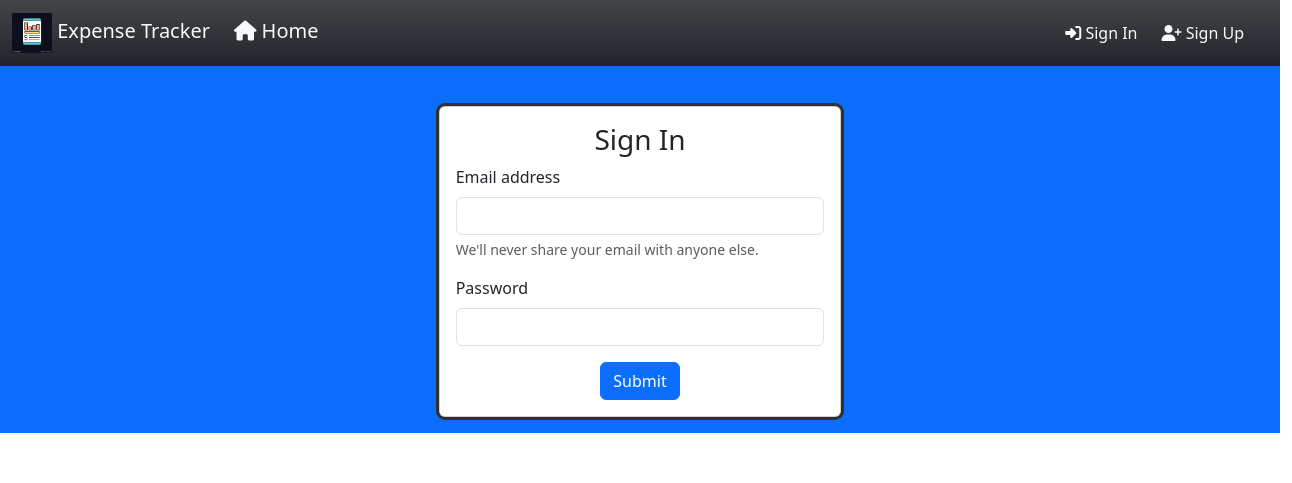
Repository: Gaurav560/OnlineExpenseTracker
Page: http://localhost/Online_Expense_Tracker/login.jsp
An editor plug-in stored every save of this project. The page is shown before and after the next save, followed by the edit.
The browser window is 1280 px wide. The page is 1292 px wide, so the pictures cover 1292 px, including what lies to the right of the window. The pictures show the whole page.
The page is served by Tomcat 9. Other server files are loaded and not shown.

Above is the page before, as saved 2023-05-04 15:20:42.

### Online_Expense_Tracker/src/main/webapp/login.jsp
<%@ page language="java" contentType="text/html; charset=ISO-8859-1"
	pageEncoding="ISO-8859-1"%>
<!DOCTYPE html>
<html>
<head>
<meta charset="ISO-8859-1">
<title>Login Page</title>
<%@include file="component/all_css.jsp"%>
</head>
<style>

</style>
<body>
	<!-- NAVBAR starts here -->
	<%@include file="component/navbar.jsp"%>
	<!-- NAVBAR ends here  -->

	<div class="contaier bg-primary">
		<div class="row">
			<div class="col-md-4 offset-md-4 p-3 ">
				<div class="card mt-4"
					style="box-shadow: rgba(0, 0, 0, 0.16) 0px 1px 4px, rgb(51, 51, 51) 0px 0px 0px 3px;">
					<div class="card-body">
						<h3 class="card-title text-center">Sign In</h3>

						<form>



							<div class="mb-3">
								<label for="exampleInputEmail1" class="form-label">Email
									address</label> <input type="email" class="form-control"
									id="exampleInputEmail1" aria-describedby="emailHelp">
								<div id="emailHelp" class="form-text">We'll never share
									your email with anyone else.</div>
							</div>


							<div class="mb-3">
								<label for="exampleInputPassword1" class="form-label">Password</label>
								<input type="password" class="form-control"
									id="exampleInputPassword1">
							</div>
							<div class="text-center">

								<button type="submit" class="btn btn-primary">Submit</button>
							</div>

						</form>


					</div>
				</div>






			</div>







		</div>

	</div>



</body>
</html>

### Online_Expense_Tracker/src/main/webapp/component/all_css.jsp
<!--css cdn   -->
<link
	href="https://cdn.jsdelivr.net/npm/bootstrap@5.3.0-alpha3/dist/css/bootstrap.min.css"
	rel="stylesheet"
	integrity="sha384-KK94CHFLLe+nY2dmCWGMq91rCGa5gtU4mk92HdvYe+M/SXH301p5ILy+dN9+nJOZ"
	crossorigin="anonymous">



<!-- font awesome cdn  -->

<link rel="stylesheet"
	href="https://cdnjs.cloudflare.com/ajax/libs/font-awesome/6.4.0/css/all.min.css"
	integrity="sha512-iecdLmaskl7CVkqkXNQ/ZH/XLlvWZOJyj7Yy7tcenmpD1ypASozpmT/E0iPtmFIB46ZmdtAc9eNBvH0H/ZpiBw=="
	crossorigin="anonymous" referrerpolicy="no-referrer" />



<!--  js cdn -->
	<script
		src="https://cdn.jsdelivr.net/npm/bootstrap@5.3.0-alpha3/dist/js/bootstrap.bundle.min.js"
		integrity="sha384-ENjdO4Dr2bkBIFxQpeoTz1HIcje39Wm4jDKdf19U8gI4ddQ3GYNS7NTKfAdVQSZe"
		crossorigin="anonymous"></script>

### Online_Expense_Tracker/src/main/webapp/component/navbar.jsp
<!--Navbar starts here  -->


	<nav class="navbar navbar-expand-lg bg-dark  bg-gradient">
		<div class="container-fluid">
			<a class="navbar-brand text-light" href="#"><img
				src="img/expenseTracker.jpg" style="height: 40px; width: 40px;">
				Expense Tracker</a>
			<button class="navbar-toggler" type="button"
				data-bs-toggle="collapse" data-bs-target="#navbarSupportedContent"
				aria-controls="navbarSupportedContent" aria-expanded="false"
				aria-label="Toggle navigation">
				<span class="navbar-toggler-icon"></span>
			</button>
			<div class="collapse navbar-collapse" id="navbarSupportedContent">

				<ul class="navbar-nav me-auto mb-2 mb-lg-0">
					<li class="nav-item"><a class="nav-link active text-light fs-5 mb-1"
						aria-current="page" href="index.jsp"><i class="fa-solid fa-house"></i>
							Home</a></li>

				</ul>


				<ul class="navbar-nav ms-auto mb-2 mb-lg-0 me-3">

					<li class="nav-item me-2"><a class="nav-link active text-light"
						href="login.jsp"><i class="fa-solid fa-right-to-bracket"></i> Sign In</a></li>


					<li class="nav-item "><a class="nav-link active text-light "
						href="register.jsp"><i class="fa-solid fa-user-plus"></i> Sign Up</a></li>

				</ul>


			</div>
		</div>
	</nav>
	<!-- Navbar ends here  -->

After the next save:
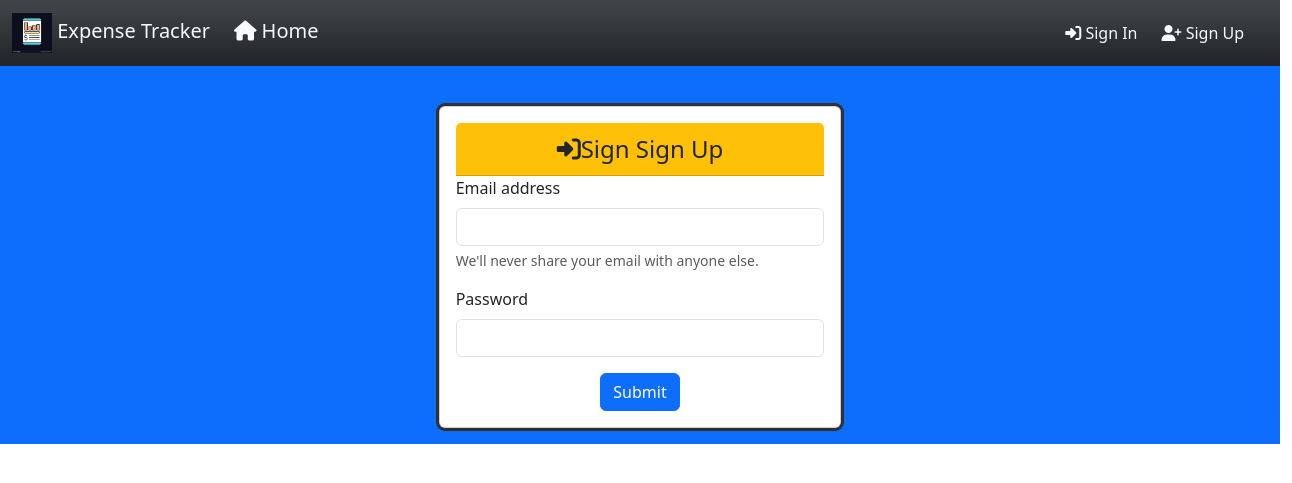
Saved 50 s later.
--- a/Online_Expense_Tracker/src/main/webapp/login.jsp
+++ b/Online_Expense_Tracker/src/main/webapp/login.jsp
@@ -8,7 +8,6 @@
 <%@include file="component/all_css.jsp"%>
 </head>
 <style>
-
 </style>
 <body>
 	<!-- NAVBAR starts here -->
@@ -21,7 +20,10 @@
 				<div class="card mt-4"
 					style="box-shadow: rgba(0, 0, 0, 0.16) 0px 1px 4px, rgb(51, 51, 51) 0px 0px 0px 3px;">
 					<div class="card-body">
-						<h3 class="card-title text-center">Sign In</h3>
+						<div class="card-header bg-warning fs-4 text-center">
+							<i class="fa-solid fa-right-to-bracket"></i>Sign Sign Up
+						</div>
+
 
 						<form>
 
